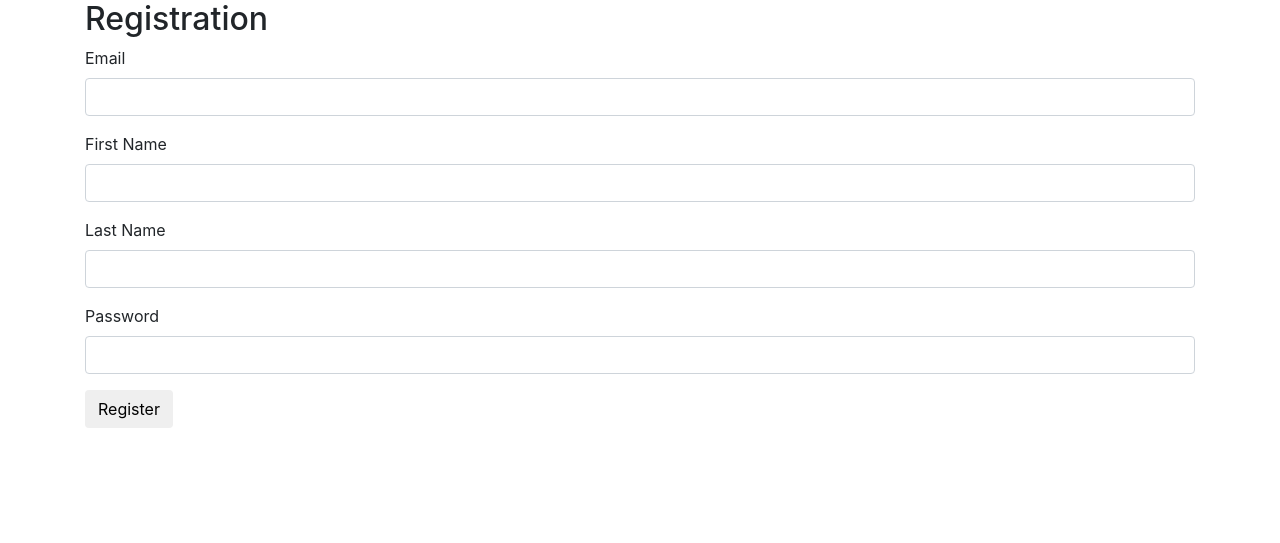
Repository: Warspinix/Flask-Web-Applications
Page: http://localhost/register
These files come from the project's save history. The page is drawn as it stood at one moment and after the next save; the edit follows.
The browser window is 1280 px wide. The pictures show the whole page.
The page is served by the project's application, run on Flask 3 (app.py).

Above is the page before, as saved 2024-06-13 20:45:26.

After the next save:
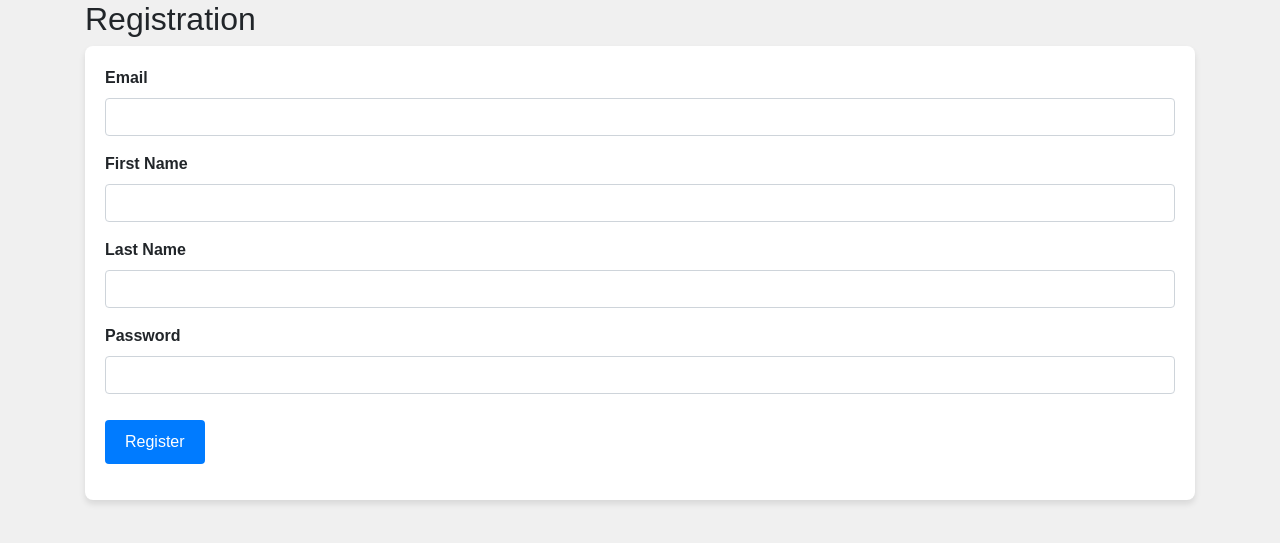
Saved 2 min 12 s later.
--- a/templates/register.html
+++ b/templates/register.html
@@ -3,6 +3,7 @@
 <head>
     <title>Registration</title>
     <link rel="stylesheet" href="https://maxcdn.bootstrapcdn.com/bootstrap/4.0.0/css/bootstrap.min.css">
+    <link rel="stylesheet" type="text/css" href="{{ url_for('static', filename='style.css') }}">
 </head>
 <body>
     <div class="container">

After the save that followed:
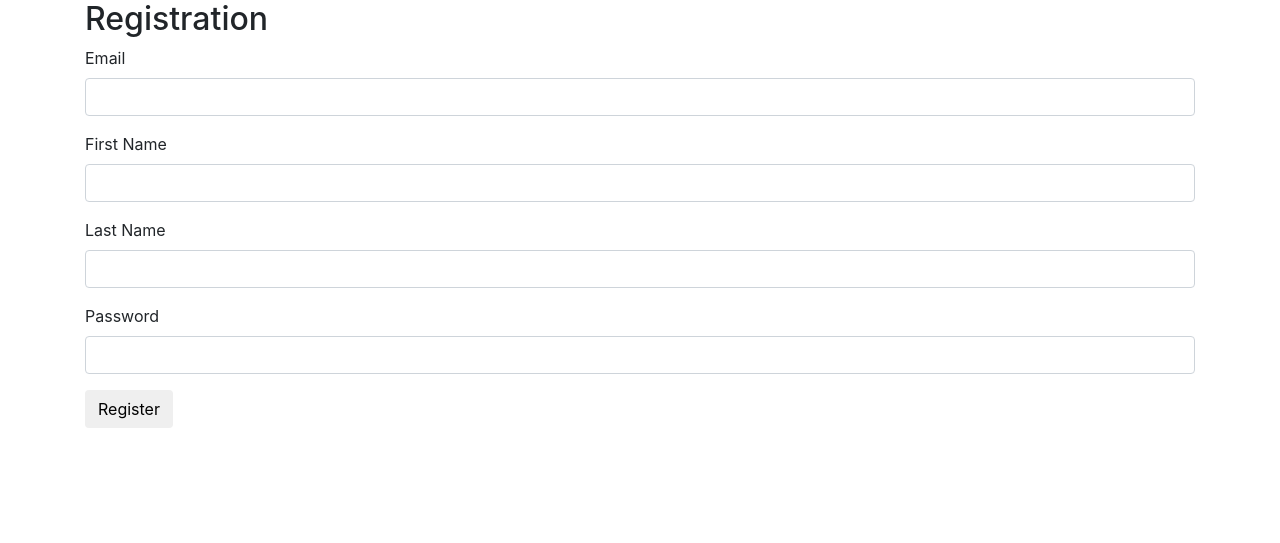
Saved 4 s later.
--- a/templates/register.html
+++ b/templates/register.html
@@ -3,7 +3,6 @@
 <head>
     <title>Registration</title>
     <link rel="stylesheet" href="https://maxcdn.bootstrapcdn.com/bootstrap/4.0.0/css/bootstrap.min.css">
-    <link rel="stylesheet" type="text/css" href="{{ url_for('static', filename='style.css') }}">
 </head>
 <body>
     <div class="container">
